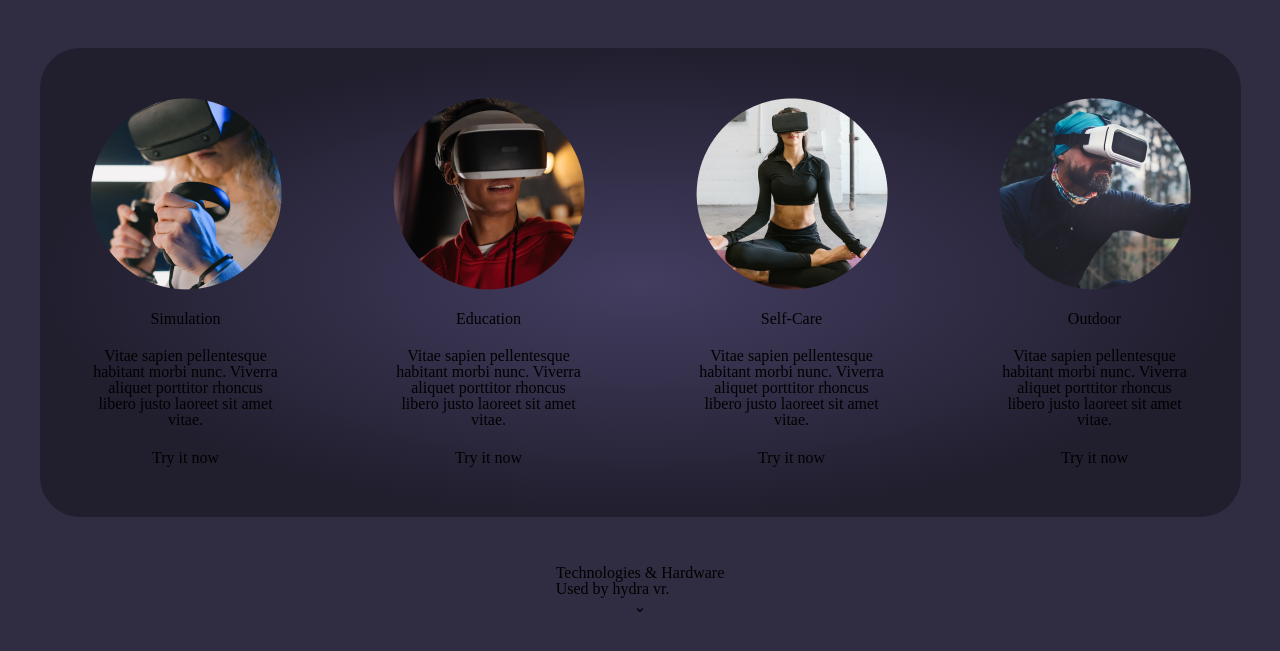
Repository: xMargi/Hydra-LandingPage
Page: index.html
The author's editor kept a copy of each file at every save. The page is drawn from the files as they stood at one save, then again after the next save.
The browser window is 1280 px wide. The pictures show the whole page.

Above is the page before, as saved 2023-06-07 20:10:34.

### index.html
    <!DOCTYPE html>
    <html lang="pt-br">
    <head>
        <meta charset="UTF-8">
        <meta http-equiv="X-UA-Compatible" content="IE=edge">
        <meta name="viewport" content="width=device-width, initial-scale=1.0">
        <title>Hydra - Landing Page</title>
        <link rel="stylesheet" href="./reset.css">
        <link rel="stylesheet" href="./style.css">
    </head>
    <body>
        <div class="cartoes">
            <div class="cartao">
                <img src="./assets/1.png" alt="Mulher jogando em realidade virtual" class="cartao__img">
                <h1 class="cartao__titulo">Simulation</h1>
                <p class="cartao__paragrafo">Vitae sapien pellentesque habitant morbi
                nunc. Viverra aliquet porttitor rhoncus
                libero justo laoreet sit amet vitae.</p>
                <button class="cartao__button">Try it now</button>
            </div>
            <div class="cartao">
                <img src="./assets/2.png" alt="Homem usando um óculos de realidade virtual" class="cartao__img">
                <h1 class="cartao__titulo">Education</h1>
                <p class="cartao__paragrafo">Vitae sapien pellentesque habitant morbi
                nunc. Viverra aliquet porttitor rhoncus
                libero justo laoreet sit amet vitae.</p>
                <button class="cartao__button">Try it now</button>
            </div>
            <div class="cartao">
                <img src="./assets/3.png" alt="Mulher meditando com óculos de realidade virtual" class="cartao__img">
                <h1 class="cartao__titulo">Self-Care</h1>
                <p class="cartao__paragrafo">Vitae sapien pellentesque habitant morbi
                nunc. Viverra aliquet porttitor rhoncus
                libero justo laoreet sit amet vitae.</p>
                <button class="cartao__button">Try it now</button>
            </div>
            <div class="cartao">
                <img src="./assets/4.png" alt="Homem fazendo exercicíos utilizando um óculos de realidade virtual" class="cartao__img">
                <h1 class="cartao__titulo">Outdoor</h1>
                <p class="cartao__paragrafo">Vitae sapien pellentesque habitant morbi
                nunc. Viverra aliquet porttitor rhoncus
                libero justo laoreet sit amet vitae.</p>
                <button class="cartao__button">Try it now</button>
            </div>
        </div>
        <div class="container__imagem">
            <h1 class="imagem__titulo">Technologies & Hardware</h1>
            <p class="imagem__paragrafo">Used by hydra vr.</p>
        </div>
        <button class="botao__baixo">&#8964</button>
        <script src="./script.js"></script>
    </body>
    </html>

### style.css
@import url('https://fonts.googleapis.com/css2?family=Montserrat:wght@300;400;700&display=swap');

:root{

    --fonte: 'Montserrat', sans-serif;
    --cor-fundo: #302C42;
    --cor-cartao: radial-gradient(50% 50% at 50% 50%, #433D60 0%, #211E2E 100%);
    --cor-button: linear-gradient(90deg, #8176AF 0%, #C0B7E8 100%);
    --cor-branca: #FFFFFF;
    --cor-texto: #343045;

}

body{
    box-sizing: border-box;
    background: var(--cor-fundo);
    display: flex;
    align-items: center;
    flex-direction: column;

}

.cartoes{
    margin:3rem 5.4375rem;
    display: flex;
    background: var(--cor-cartao);
    gap: 0.6875rem;
    border-radius: 40px;
}

.cartao{

    display: flex;
    flex-direction: column;
    gap: 1.3125rem;
    align-items: center;
    justify-content: center;
    text-align: center;
    padding: 3.125rem;

}

Loaded but not shown: main/reset.css (common file); script.js (no copy from this time; the picture is the same without it)

After the next save:
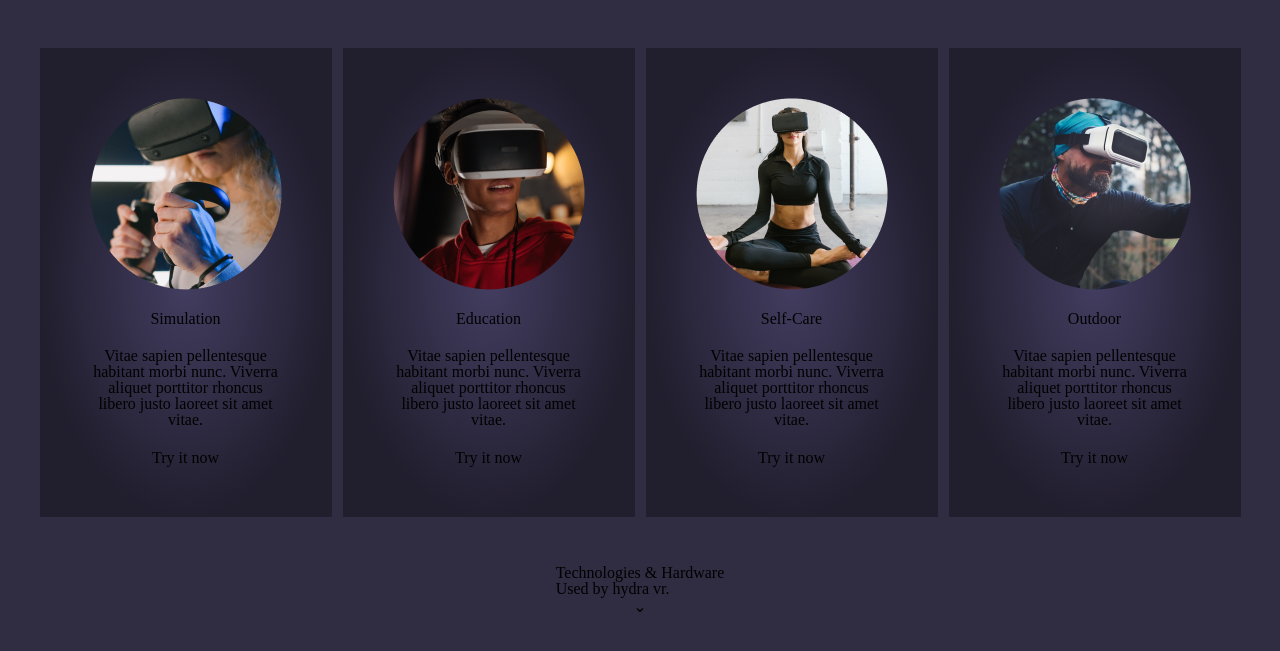
Saved 33 s later.
--- a/style.css
+++ b/style.css
@@ -23,13 +23,12 @@ body{
 .cartoes{
     margin:3rem 5.4375rem;
     display: flex;
-    background: var(--cor-cartao);
     gap: 0.6875rem;
     border-radius: 40px;
 }
 
 .cartao{
-
+    background: var(--cor-cartao);
     display: flex;
     flex-direction: column;
     gap: 1.3125rem;
